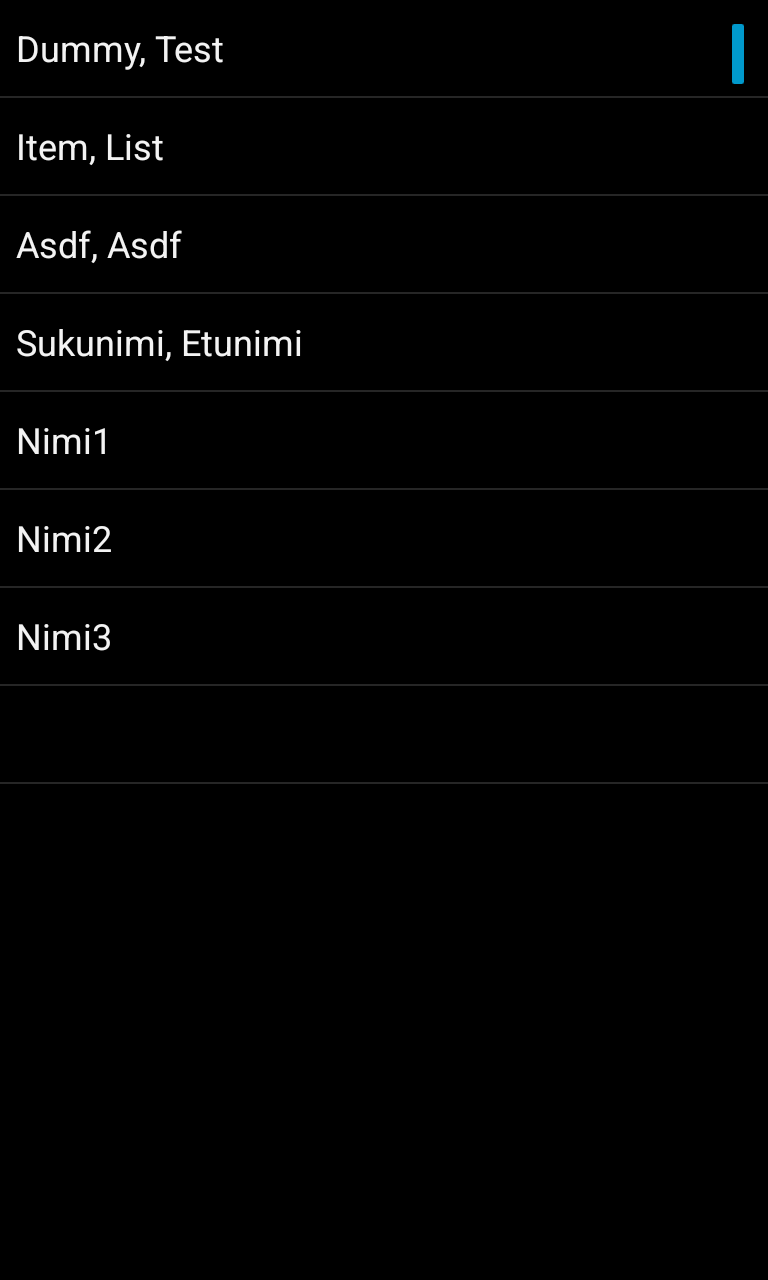
Repository: JoonasMagnusson/Naamakahvi
Layout: Android_ui_ovare/Naamakahvi_UIp/res/layout/kayttajalista.xml
An editor plug-in stored every save of this project. The layout is shown before and after the next save, followed by the edit.
It is drawn on a 768 x 1280 px phone screen (xhdpi) without system bars, with theme android:Theme.Holo.NoActionBar; the app's code is not run. Lists and similar views that code fills are empty.

Above is the layout before, as saved 2012-06-12 13:38:52.

### Android_ui_ovare/Naamakahvi_UIp/res/layout/kayttajalista.xml
<?xml version="1.0" encoding="utf-8"?>
<ListView xmlns:android="http://schemas.android.com/apk/res/android"
    android:layout_width="match_parent"
    android:layout_height="match_parent"
    android:entries="@array/list_dummies" android:fastScrollEnabled="true" android:fastScrollAlwaysVisible="true" android:filterTouchesWhenObscured="false" android:focusableInTouchMode="false">

    <!-- Preview: listitem=@android:layout/simple_list_item_1 -->


</ListView>

### Android_ui_ovare/Naamakahvi_UIp/res/values/arrays.xml
<?xml version="1.0" encoding="utf-8"?>
<resources>
    <string-array name="list_dummies">
        <item >Dummy, Test</item>
        <item >Item, List</item>
        <item >Asdf, Asdf</item>
        <item >Sukunimi, Etunimi</item>
        <item >Nimi1</item>
        <item >Nimi2</item>
        <item >Nimi3</item>
        <item />
    </string-array>

</resources>

After the next save:
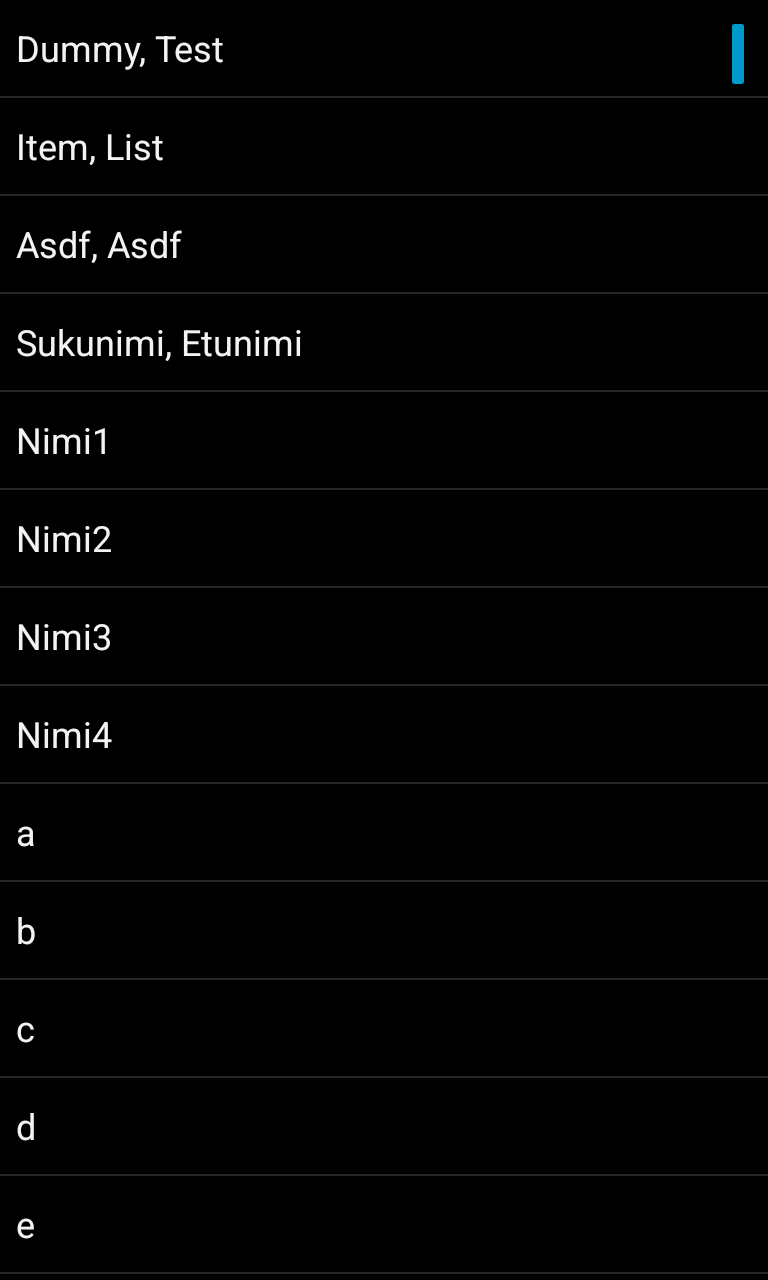
Saved 19 min 39 s later.
--- a/Android_ui_ovare/Naamakahvi_UIp/res/values/arrays.xml
+++ b/Android_ui_ovare/Naamakahvi_UIp/res/values/arrays.xml
@@ -8,7 +8,22 @@
         <item >Nimi1</item>
         <item >Nimi2</item>
         <item >Nimi3</item>
-        <item />
+        <item >Nimi4</item>
+        <item >a</item>
+        <item >b</item>
+        <item >c</item>
+        <item >d</item>
+        <item >e</item>
+        <item >f</item>
+        <item >g</item>
+        <item >h</item>
+        <item >i</item>
+        <item >j</item>
+        <item >k</item>
+        <item >l</item>
+        <item >m</item>
+        <item >n</item>
+        <item >o</item>
     </string-array>
 
 </resources>
